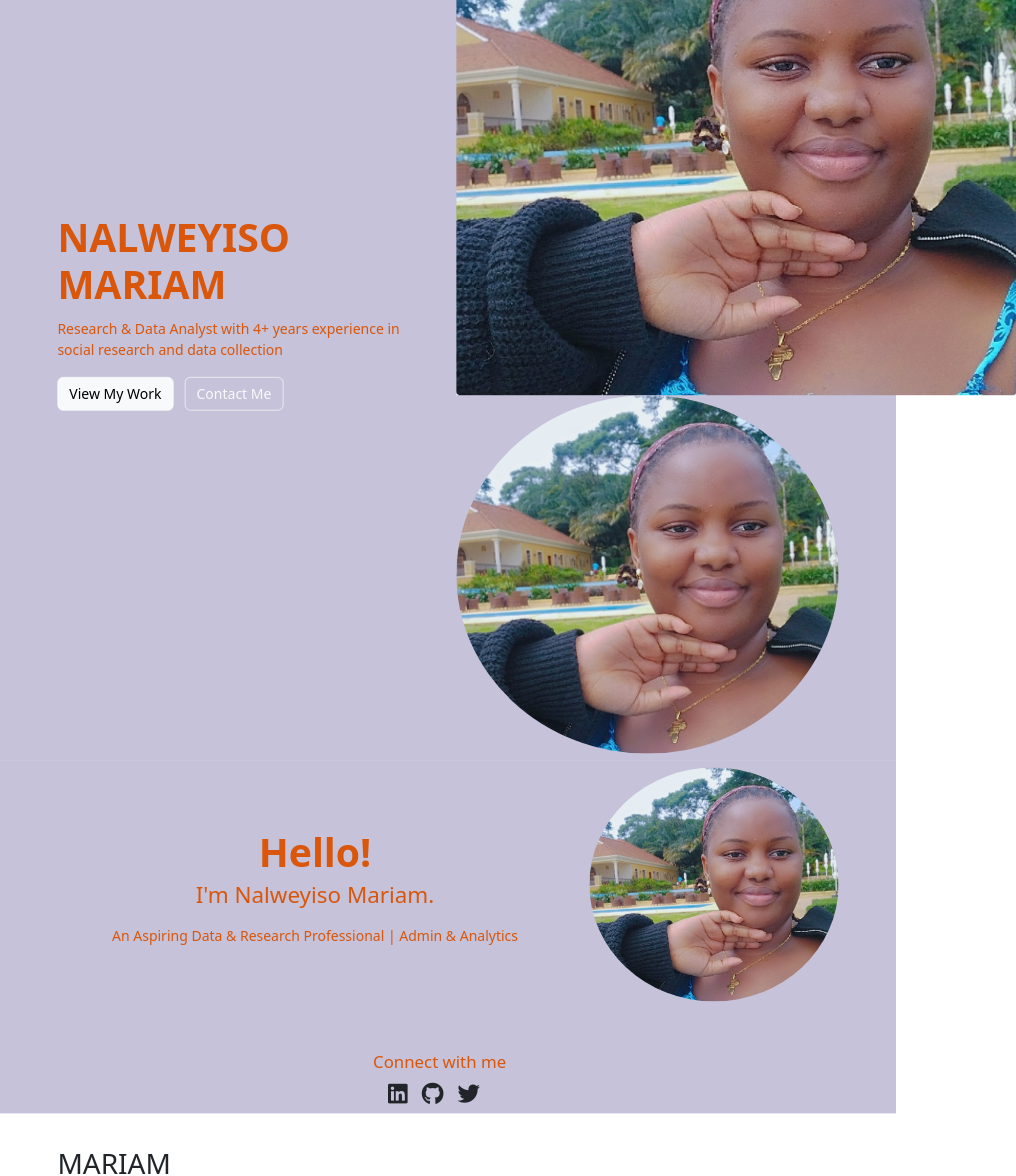
Repository: NalweMari/My-Personal-Portfolio
Page: index.html
An editor plug-in stored every save of this project. The page is shown before and after the next save, followed by the edit.
The browser window is 1280 px wide. The page is 1452 px wide, so the pictures cover 1452 px, including what lies to the right of the window. The pictures show the part of the page from y = 301 to 1981 px (the page is 2759 px tall before and 2622 px after), at 70% of full size.

Above is the page before, as saved 2025-11-28 11:17:31.
Console error (its wording comes from the project's code and is left out).

### index.html
<!DOCTYPE html>
<html lang="en">

<head>
    <meta charset="UTF-8">
    <meta name="viewport" content="width=device-width, initial-scale=1.0">
    <title>My Portfolio</title>
    <link rel="stylesheet" href="style.css">
    <!-- Bootstrap CSS -->
    <link href="https://cdn.jsdelivr.net/npm/bootstrap@5.3.0/dist/css/bootstrap.min.css" rel="stylesheet">
    <!-- Font Awesome for icons -->
    <link rel="stylesheet" href="https://cdnjs.cloudflare.com/ajax/libs/font-awesome/6.4.0/css/all.min.css">

</head>

<body>
    <!-- Navigation -->

    <nav class="navbar navbar-expand-lg navbar-light bg-custom">
        <div class="container me-2">
            <a class="navbar-brand" href="#"><img src="images/Initials_Logo-preview (1).png" alt="Your Logo"
                    height="80"></a> <button class="navbar-toggler" type="button" data- 6 toggle="collapse"
                data-target="#navbarNav" aria-controls="navbarNav" aria-expanded="false" aria-label="Toggle navigation">
                <span class="navbar-toggler-icon"></span> </button>
            <div class="collapse navbar-collapse" id="navbarNav">
                <ul class="navbar-nav ms-auto">
                    <li class="nav-item"><a class="nav-link" href="#home">Home</a></li>
                    <li class="nav-item"><a class="nav-link" href="#about">About</a></li>
                    <li class="nav-item"><a class="nav-link" href="#skills">Skills</a></li>
                    <li class="nav-item"><a class="nav-link" href="#portfolio">Portfolio</a></li>
                    <li class="nav-item"><a class="nav-link" href="#contact">Contact</a></li>
                </ul>
            </div>
        </div>
    </nav>

    <!-- Hero Section -->
    <section id="home" class="hero-section">
        <div class="container">
            <div class="row align-items-center">
                <div class="col-lg-6">
                    <h1 class="display-4 fw-bold mb-3">NALWEYISO MARIAM</h1>
                    <p class="lead mb-4">Research & Data Analyst with 4+ years experience in social research and data collection</p>
                    <div class="d-flex flex-wrap gap-3">
                        <a href="#portfolio" class="btn btn-light btn-lg">View My Work</a>
                        <a href="#contact" class="btn btn-outline-light btn-lg">Contact Me</a>
                    </div>
                </div>
                <div class="col-lg-6 text-center mt-5 mt-lg-0">
                    <img src="images/Profile design.png" alt="Profile" class="">
                    <img src="images/Profile design.png" class="img-fluid rounded-circle large-profileprofile-image rounded-circle" alt="Nalweyiso Mariam">
                </div>
            </div>
        </div>
    </section>

    <!-- Hero Section -->
    <!-- <section id="home" class="hero-section text-center">
        <div class="container">
            <h1 class="display-4 fw-bold">MARIAM</h1>
            <p class="lead">Web Developer & UI/UX Designer</p>
            <a href="#projects" class="btn btn-primary btn-lg mt-3">View My Work</a>
        </div>
    </section> -->
    <section id="home" class="hero-section text-center">
        <div class="container">
            <div class="row align-items-center">
                <div class="col-md-8">
                    <h1 class="display-4 fw-bold">Hello!</h1>
                    <h2 class="mb-4">I'm Nalweyiso Mariam.</h2>
                    <p class="lead">An Aspiring Data & Research Professional | Admin & Analytics</p>
                    <p></p>
                    <!-- <a href="#projects" class="btn btn-primary btn-lg mt-3">View My Work</a>
                    <a href="#" class="btn btn-outline-primary mt-3">Download CV</a> -->
                </div>
                <div class="col-md-4 text-center mb-4">
                    <img src="images/Profile design.png" alt="Profile" class="img-fluid rounded-circle large-profile">
                </div>
                <div class="row mt-5">
                    <div class="col text-center">
                        <h4>Connect with me</h4>
                        <div class="mt-3">
                            <a href="#" class="text-dark me-3"><i class="fab fa-linkedin fa-2x"></i></a>
                            <a href="#" class="text-dark me-3"><i class="fab fa-github fa-2x"></i></a>
                            <a href="#" class="text-dark me-3"><i class="fab fa-twitter fa-2x"></i></a>
                        </div>
                    </div>
                </div>
    </section>
    <!-- About Section -->

    <section id="about" class="py-5">
        <div class="container">
            <h1 class="">MARIAM</h1>
            <p class="lead">Web Developer & UI/UX Designer</p>
            <a href="#projects" class="btn btn-primary btn-lg mt-3">View My Work</a>
            <section id="about" class="">
                <div class="container">
                    <div class="row align-items-center">
                        <div class="display-4 fw-bold">
                            <img src="https://via.placeholder.com/300" alt="Profile" class="img-fluid rounded-circle">
                        </div>
                        <div class="col-md-8">
                            <h2 class="mb-4">About Me</h2>
                            <p class="lead">I'm a research /data analyst with of 4 years
                                experience in social research, qualitative and quantitative data collection.</p>
                            <p>I'm currently developing strong analytical capacity with practical learning in Excel,
                                SQL,
                                Python,
                                and data visualization. Skilled in documentation, scheduling, planning, teamwork, and
                                report
                                drafting, with additional beginner-level exposure to web development. I'm always eager
                                to learn
                                new technologies and take on challenging projects.</p>
                            <a href="#" class="btn btn-outline-primary mt-3">Download CV</a>
                        </div>
                    </div>
                </div>
            </section>
            <script src="https://stackpath.bootstrapcdn.com/bootstrap/4.5.2/js/bootstrap.min.js"></script>
</body>

</html>

### Style.css
.bg-custom {
  background-color: rgba(3, 0, 31, 0.24);
}

.hero-section {
  background-color: rgba(13, 3, 99, 0.24);
  color:  rgb(218, 86, 10);
     /* color: white; */
  padding: 10px 0;
}
.large-profile {
    width: 400px;
    height: 400px;
    object-fit: cover;
}
/* .skill-bar {
  height: 20px;
  background-color: #e9ecef;
  border-radius: 5px;
  margin-bottom: 15px;
}
.skill-progress {
  height: 100%;
  border-radius: 5px;
  background-color: #0d6efd;
}
.project-card {
  transition: transform 0.3s;
}
.project-card:hover {
  transform: translateY(-5px);
} */

After the next save:
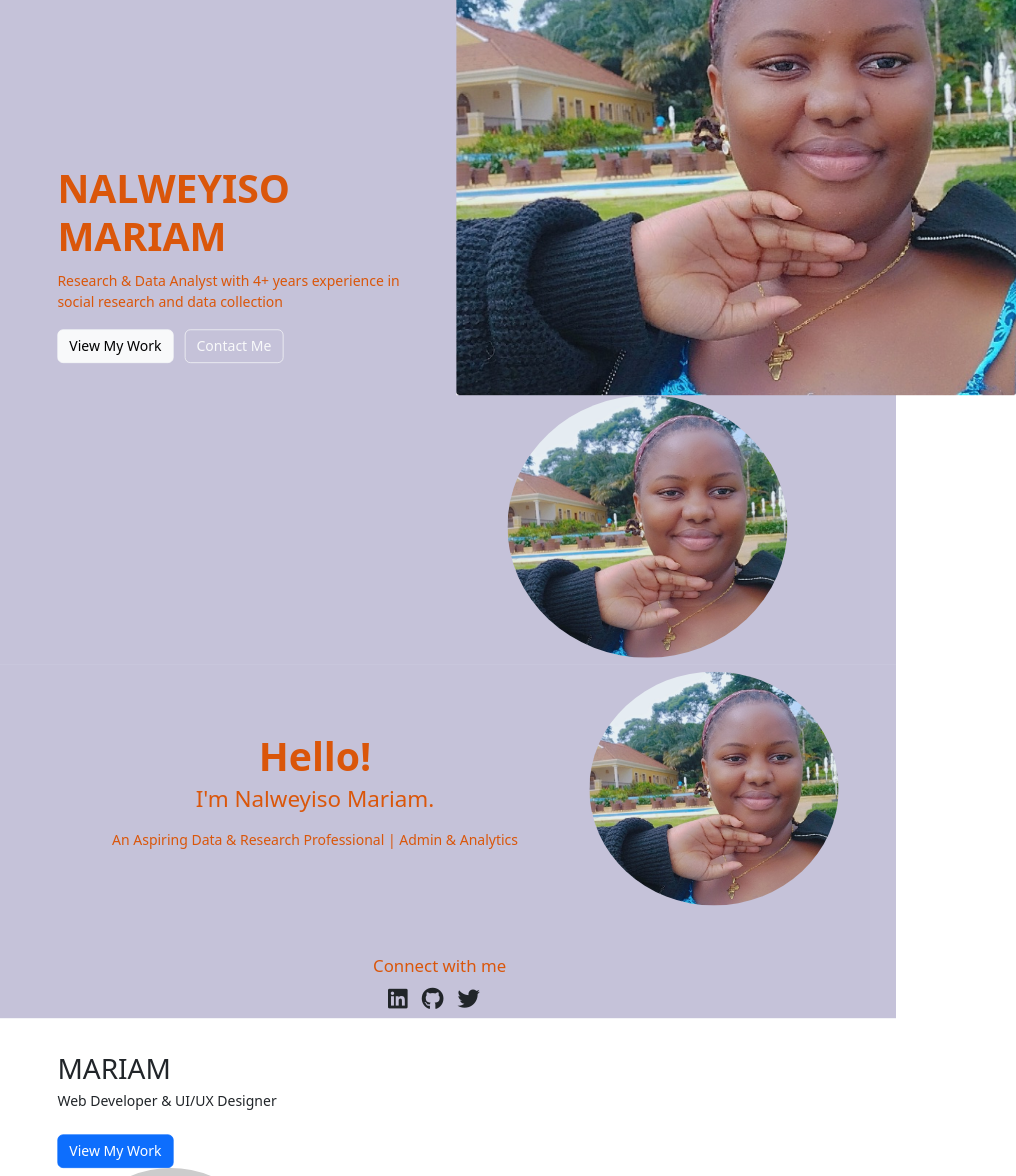
Saved 9 s later.
--- a/index.html
+++ b/index.html
@@ -48,7 +48,7 @@
                 </div>
                 <div class="col-lg-6 text-center mt-5 mt-lg-0">
                     <img src="images/Profile design.png" alt="Profile" class="">
-                    <img src="images/Profile design.png" class="img-fluid rounded-circle large-profileprofile-image rounded-circle" alt="Nalweyiso Mariam">
+                    <img src="images/Profile design.png" class="img-fluid rounded-circle large-profile" alt="Nalweyiso Mariam">
                 </div>
             </div>
         </div>
